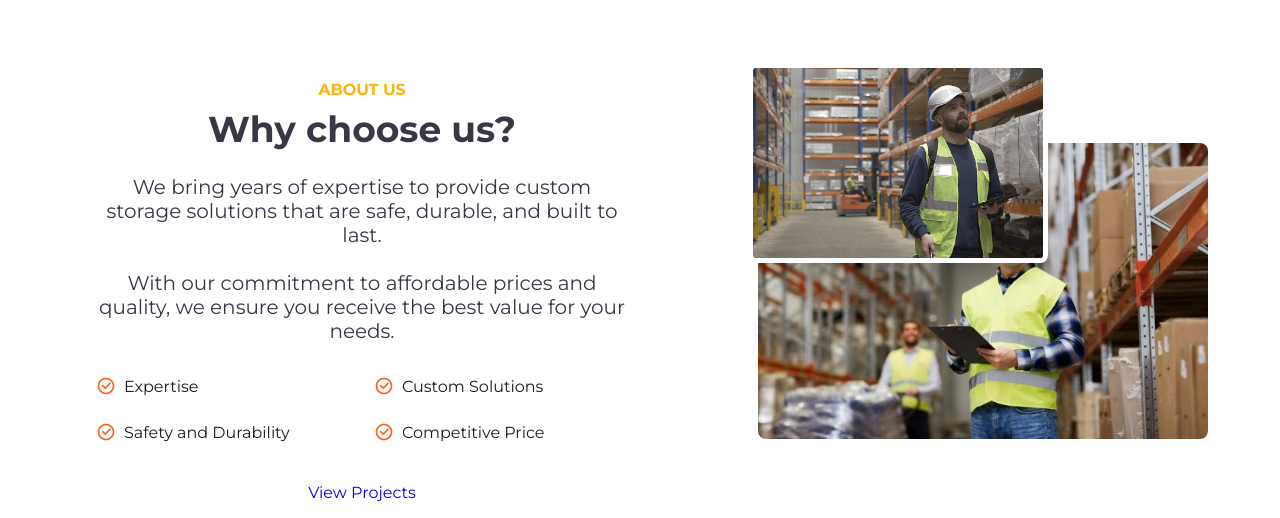
Repository: jahatesu/shelves-and-storage-equipment
Page: index.html
The author's editor kept a copy of each file at every save. The page is drawn from the files as they stood at one save, then again after the next save.
The browser window is 1280 px wide. The pictures show the part of the page from y = 720 to 1238 px (the page is 1238 px tall).
Backgrounds fixed to the window are drawn as part of the page. Some web fonts or font styles are not loaded; a fallback is used.

Above is the page before, as saved 2025-01-08 15:44:47.
Console error: TypeError: Cannot read properties of null (reading 'querySelector')

After the next save:
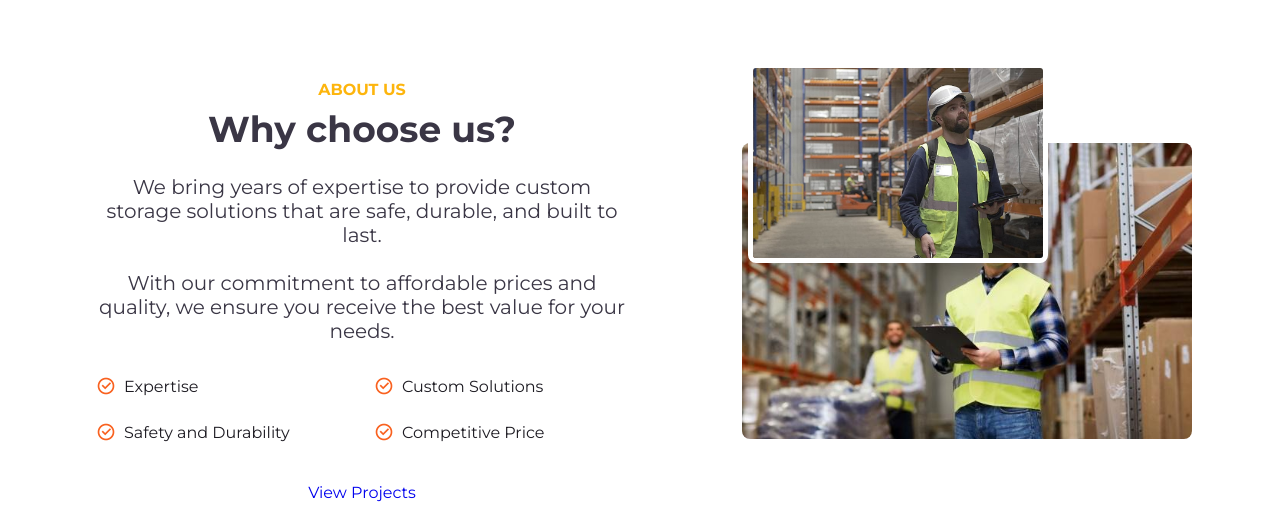
Saved 4 s later.
--- a/style.css
+++ b/style.css
@@ -408,7 +408,7 @@ header {
 
 .about_img2 {
     width: 450px;
-    margin-right: -1.5rem;
+    margin-right: -0.5rem;
 }
 
 /* Responsive Design */
